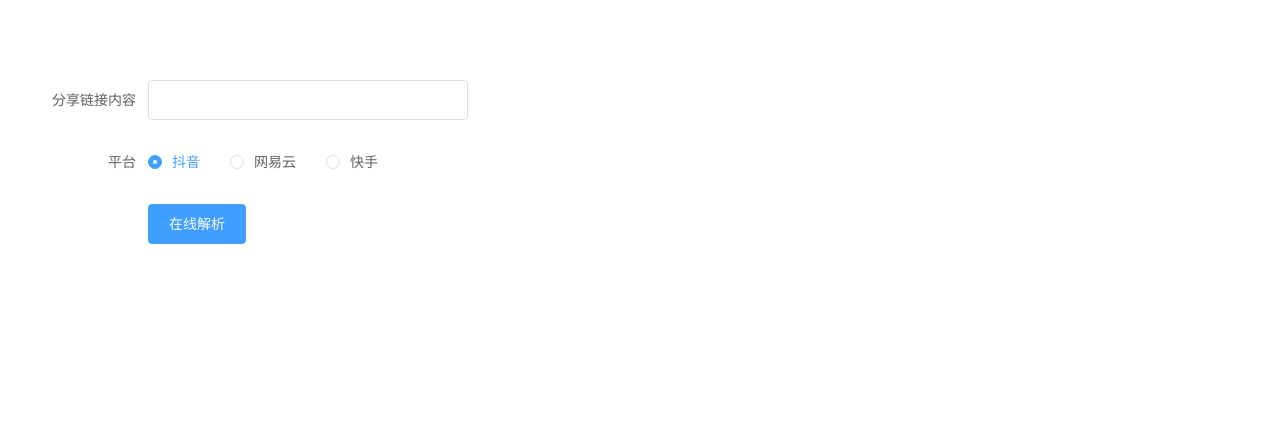
Repository: lyln/freepd
Page: / (app in frontend/freepd/)
An editor plug-in stored every save of this project. The page is shown before and after the next save, followed by the edit.
The browser window is 1280 px wide. The pictures show the whole page.
The project was rebuilt for these pictures with package versions that can differ from the ones it lists, and the page was loaded fresh each time.

Above is the page before, as saved 2022-05-22 22:34:23.

### frontend/freepd/index.html
<!DOCTYPE html>
<html>
  <head>
    <meta charset="utf-8">
    <meta name="viewport" content="width=device-width,initial-scale=1.0">
    <title>freepd</title>
  </head>
  <body>
    <div id="app"></div>
    <!-- built files will be auto injected -->
  </body>
</html>

### frontend/freepd/src/main.js
// The Vue build version to load with the `import` command
// (runtime-only or standalone) has been set in webpack.base.conf with an alias.
import Vue from 'vue'
import App from './App'
import router from './router'
import ElementUI from 'element-ui';
import 'element-ui/lib/theme-chalk/index.css';

Vue.config.productionTip = false
Vue.use(ElementUI)

/* eslint-disable no-new */
new Vue({
  el: '#app',
  router,
  components: { App },
  template: '<App/>'
})

### frontend/freepd/src/App.vue
<template>
	<div id="app">
		<router-view />
	</div>
</template>

<script>
export default {
	name: 'App',
}
</script>

<style>
#app {
	font-family: 'Avenir', Helvetica, Arial, sans-serif;
	-webkit-font-smoothing: antialiased;
	-moz-osx-font-smoothing: grayscale;
	text-align: center;
	color: #2c3e50;
	margin-top: 60px;
}
</style>

### frontend/freepd/src/components/HelloWorld.vue
<template>
	<el-container>
		<el-main style="wide: 80%">
			<el-row>
				<el-col :span="24">
					<div class="grid-content bg-purple-dark"></div>

					<el-form ref="form" :model="form" label-width="120px" class="fpd-form">
						<el-form-item label="分享链接内容">
							<el-input v-model="form.url"></el-input>
						</el-form-item>
						<el-form-item label="平台" label-width="120px">
							<el-radio-group v-model="form.type">
								<el-radio :label="1">抖音</el-radio>
								<el-radio :label="2">网易云</el-radio>
								<el-radio :label="3">快手</el-radio>
							</el-radio-group>
						</el-form-item>
						<el-form-item>
							<el-button type="primary" @click="onSubmit">在线解析</el-button>
						</el-form-item>
					</el-form>

				</el-col>
			</el-row>
		</el-main>
	</el-container>

</template>
<script>
import axios from 'axios'
export default {
	name: 'HelloWorld',
	data() {
		return {
			msg: 'free parse download',
			form: {
				url: '',
				type: 1,
			},
		}
	},
	methods: {
		onSubmit() {
			console.log('submit!')
			axios
				.post('http://127.0.0.1:8000/douyin', { url: this.form.url })
				.then((res) => {
					console.log(res.data)
				})
				.catch((err) => {
					console.log('请求失败', err)
				})
		},
	},
}
</script>

<!-- Add "scoped" attribute to limit CSS to this component only -->
<style scoped>
h1,
h2 {
	font-weight: normal;
}
ul {
	list-style-type: none;
	padding: 0;
}
li {
	display: inline-block;
	margin: 0 10px;
}
a {
	color: #42b983;
}
.el-input {
	width: 320px;
}

.fpd-form {
	text-align: left;
}
</style>

Loaded but not shown: frontend/freepd/src/router/index.js (common file)

After the next save:
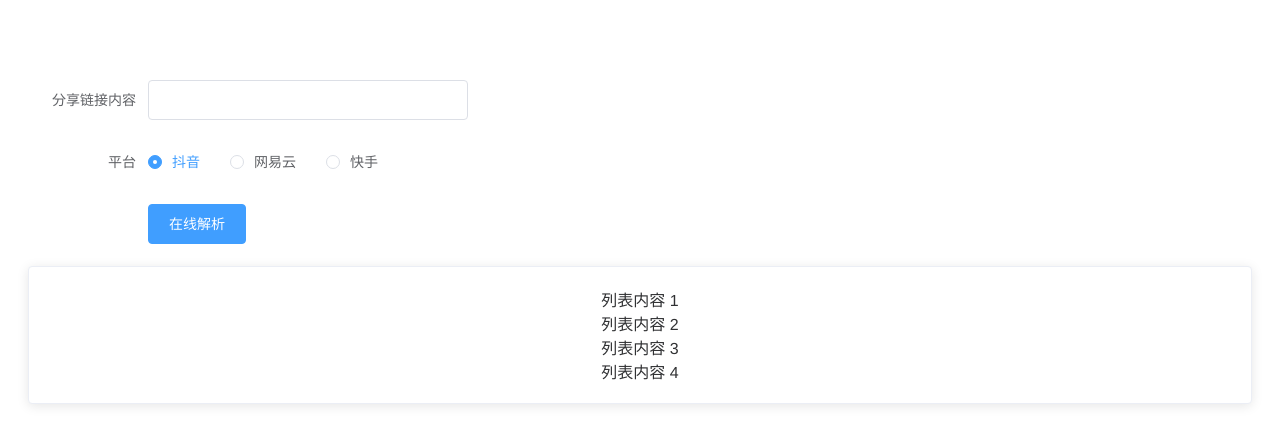
Saved 8 min 40 s later.
--- a/frontend/freepd/src/components/HelloWorld.vue
+++ b/frontend/freepd/src/components/HelloWorld.vue
@@ -21,6 +21,11 @@
 						</el-form-item>
 					</el-form>
 
+					<el-card class="box-card">
+						<div v-for="o in 4" :key="o" class="text item">
+							{{'列表内容 ' + o }}
+						</div>
+					</el-card>
 				</el-col>
 			</el-row>
 		</el-main>
